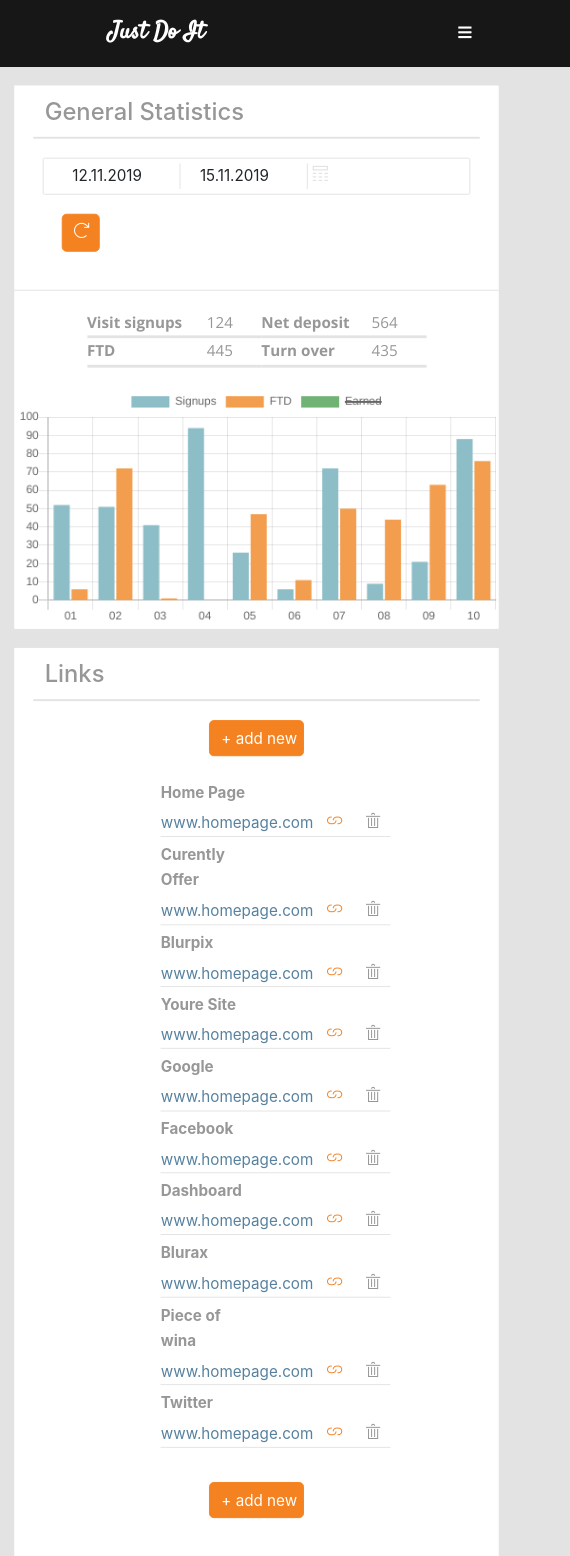
Repository: OllaWilk/wwwJustDoIt
Page: index.html
An editor plug-in stored every save of this project. The page is shown before and after the next save, followed by the edit.
The browser window is 600 px wide. The pictures show the whole page, at 95% of full size.
Some web libraries are served in a nearby version. The style sheet was rebuilt from its Sass, Less or Tailwind sources for each picture, by a compiler version that may differ from the author's.

Above is the page before, as saved 2019-12-25 19:33:24.

After the next save:
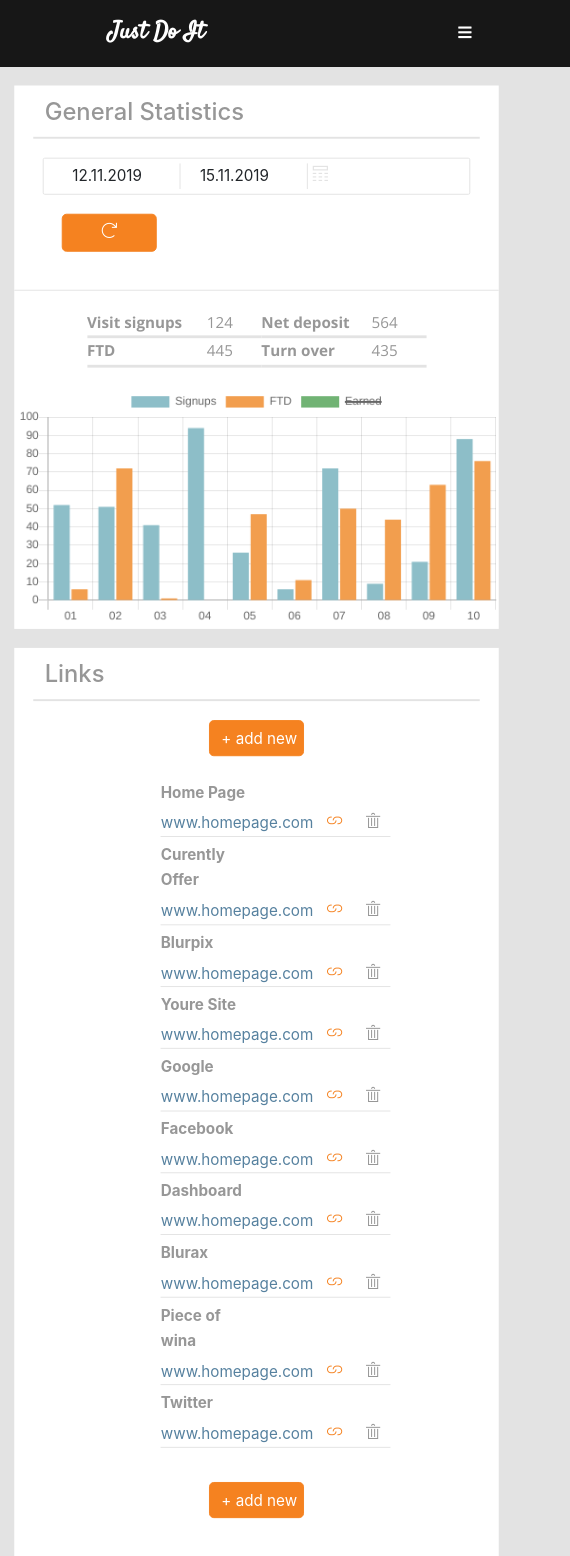
Saved 59 s later.
--- a/sass/components/_mediaQuery.scss
+++ b/sass/components/_mediaQuery.scss
@@ -72,7 +72,7 @@
         display: block;
     }
 
-    .refresh {
+    .btnRefrsh {
         width: 100px;
     }
 
